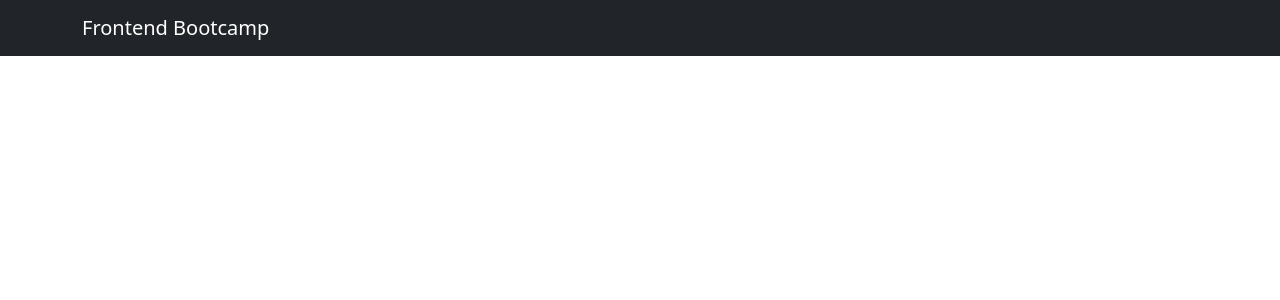
Repository: Marhamat92/Bootstrap5-Responsive-Website-
Page: index.html
An editor plug-in stored every save of this project. The page is shown before and after the next save, followed by the edit.
The browser window is 1280 px wide. The pictures show the whole page.

Above is the page before, as saved 2021-09-18 15:35:14.

### index.html
<!DOCTYPE html>
<html lang="en">
<head>
    <meta charset="UTF-8">
    <meta http-equiv="X-UA-Compatible" content="IE=edge">
    <meta name="viewport" content="width=device-width, initial-scale=1.0">
    <link href="https://cdn.jsdelivr.net/npm/bootstrap@5.0.2/dist/css/bootstrap.min.css" rel="stylesheet" integrity="sha384-EVSTQN3/azprG1Anm3QDgpJLIm9Nao0Yz1ztcQTwFspd3yD65VohhpuuCOmLASjC" crossorigin="anonymous">
    <link rel="stylesheet" href="style.css">
    <title>Frontend Bootcamp</title>

</head>
<body>
 <nav class="navbar navbar-expand-lg bg-dark navbar-dark">
     <div class="container"><a href="" class="navbar-brand">Frontend Bootcamp</a>
      <div class="collapse navbar-collapse">
          <ul class="navbar-nav">
           <li class="nav-item"></li>
           <li class="nav-item"></li>
           <li class="nav-item"></li>
          </ul>
      </div>
    </div>
 </nav>









<script src="https://cdn.jsdelivr.net/npm/bootstrap@5.0.2/dist/js/bootstrap.bundle.min.js" integrity="sha384-MrcW6ZMFYlzcLA8Nl+NtUVF0sA7MsXsP1UyJoMp4YLEuNSfAP+JcXn/tWtIaxVXM" crossorigin="anonymous"></script>
</body>
</html>

Loaded but not shown: style.css (no copy from this time; the picture is the same without it)

After the next save:
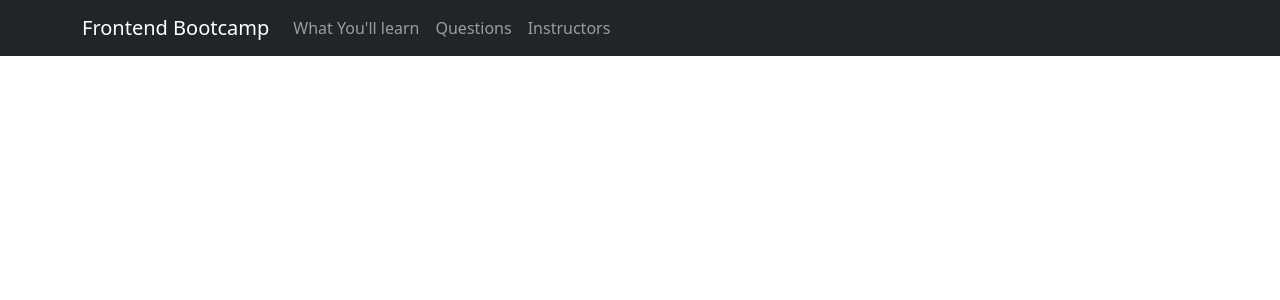
Saved 2 min 6 s later.
--- a/index.html
+++ b/index.html
@@ -11,12 +11,18 @@
 </head>
 <body>
  <nav class="navbar navbar-expand-lg bg-dark navbar-dark">
-     <div class="container"><a href="" class="navbar-brand">Frontend Bootcamp</a>
+     <div class="container"><a href="#" class="navbar-brand">Frontend Bootcamp</a>
       <div class="collapse navbar-collapse">
           <ul class="navbar-nav">
-           <li class="nav-item"></li>
-           <li class="nav-item"></li>
-           <li class="nav-item"></li>
+           <li class="nav-item">
+              <a href="#learn" class="nav-link">What You'll learn</a>
+           </li>
+           <li class="nav-item">
+            <a href="#questions" class="nav-link">Questions</a>
+           </li>
+           <li class="nav-item">
+            <a href="#instructors" class="nav-link">Instructors</a>
+           </li>
           </ul>
       </div>
     </div>
